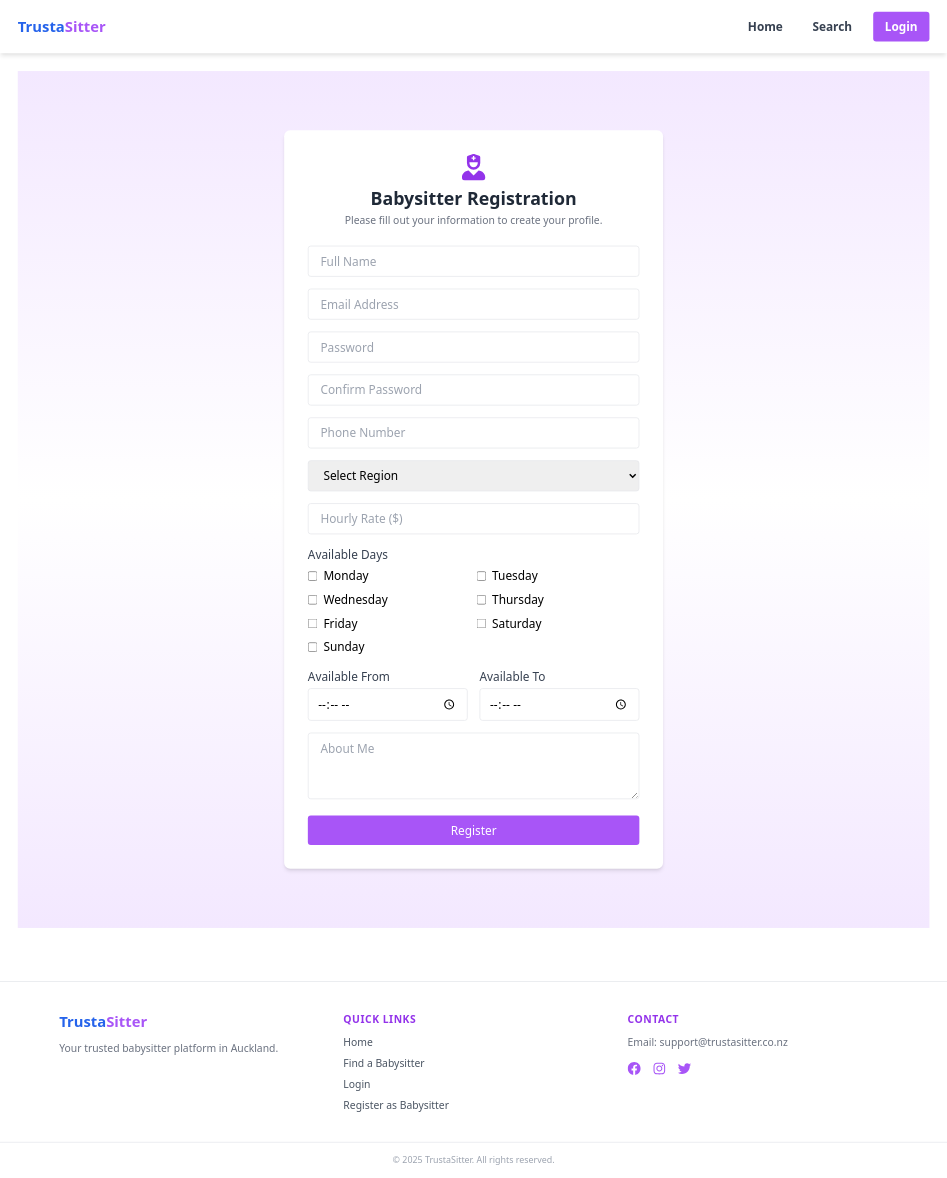
Repository: LargeWC-Code/TrustaSitter
Page: /register-babysitter (app in trustasitter-frontend/)
These files come from the project's save history. The page is drawn as it stood at one moment and after the next save; the edit follows.
The browser window is 1280 px wide. The pictures show the whole page, at 74% of full size.
The project was rebuilt for these pictures with package versions that can differ from the ones it lists, and the page was loaded fresh each time. Also part of the build but not shown: trustasitter-frontend/vite.config.js, trustasitter-frontend/src/pages/Home.jsx, trustasitter-frontend/src/pages/Search.jsx, trustasitter-frontend/src/services/api.js, trustasitter-frontend/src/pages/Login.jsx, trustasitter-frontend/src/pages/Bookings.jsx, trustasitter-frontend/src/pages/ChooseRole.jsx, trustasitter-frontend/src/pages/RegisterClient.jsx and 4 more.

Above is the page before, as saved 2025-07-01 19:50:41.

After the next save:
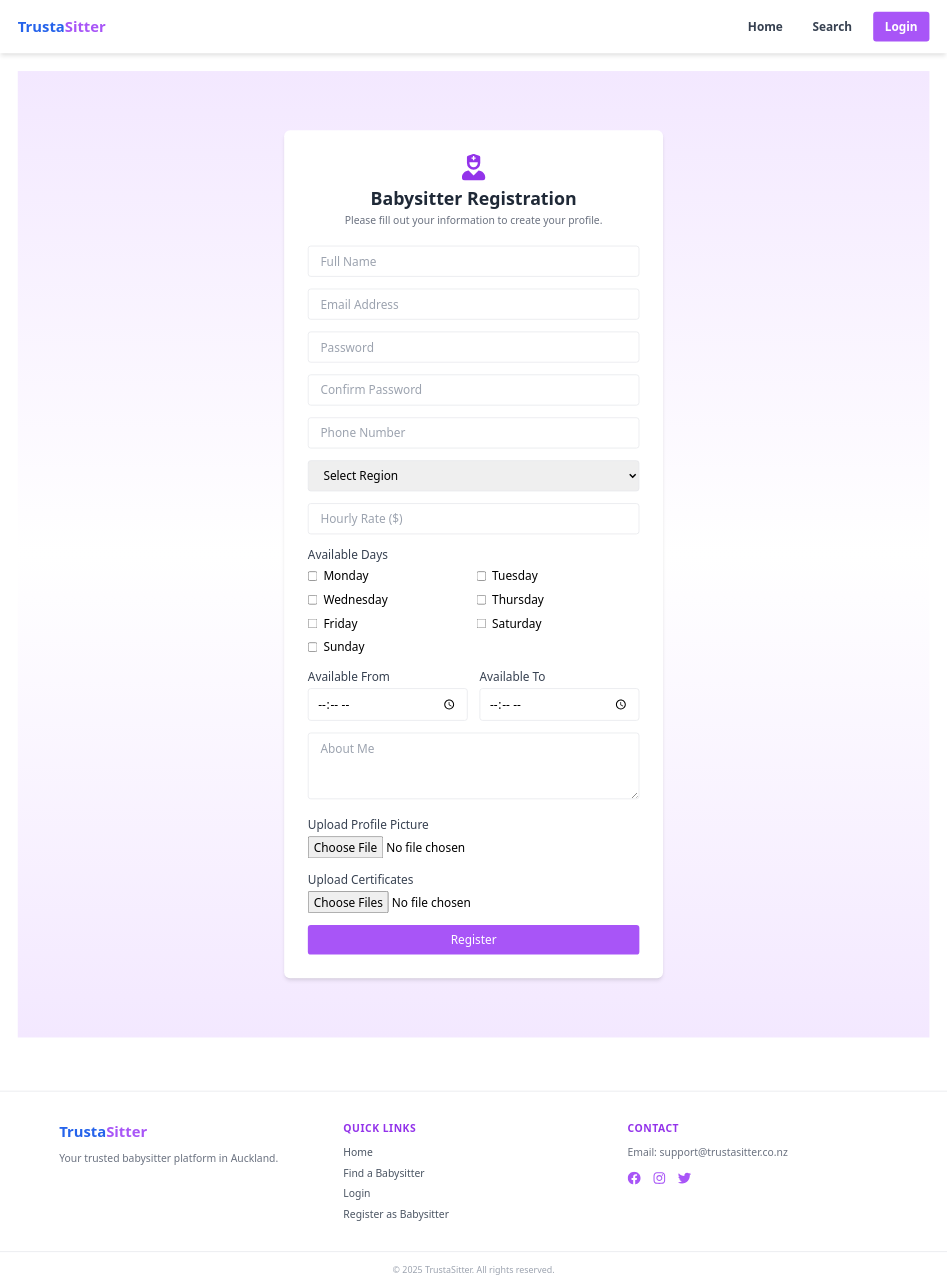
Saved 4 min 6 s later.
--- a/trustasitter-frontend/src/pages/RegisterBabysitter.jsx
+++ b/trustasitter-frontend/src/pages/RegisterBabysitter.jsx
@@ -6,9 +6,11 @@ import { AuthContext } from "../context/AuthContext";
 import { FaUserNurse } from "react-icons/fa";
 
 const RegisterBabysitter = () => {
+  // Access login context
   const { login } = useContext(AuthContext);
   const navigate = useNavigate();
 
+  // Form state
   const [formData, setFormData] = useState({
     name: "",
     email: "",
@@ -21,13 +23,17 @@ const RegisterBabysitter = () => {
     availableFrom: "",
     availableTo: "",
     about: "",
+    profilePicture: null,
+    certificates: [],
   });
 
+  // Error and success messages
   const [error, setError] = useState("");
   const [success, setSuccess] = useState("");
 
+  // Handle field changes
   const handleChange = (e) => {
-    const { name, value, type, checked } = e.target;
+    const { name, value, type, checked, files } = e.target;
 
     if (type === "checkbox") {
       setFormData((prev) => {
@@ -36,16 +42,24 @@ const RegisterBabysitter = () => {
           : prev.availableDays.filter((day) => day !== value);
         return { ...prev, availableDays: updatedDays };
       });
+    } else if (type === "file") {
+      if (name === "certificates") {
+        setFormData((prev) => ({ ...prev, certificates: files }));
+      } else {
+        setFormData((prev) => ({ ...prev, profilePicture: files[0] }));
+      }
     } else {
       setFormData((prev) => ({ ...prev, [name]: value }));
     }
   };
 
+  // Handle form submission
   const handleSubmit = async (e) => {
     e.preventDefault();
     setError("");
     setSuccess("");
 
+    // Validation
     if (
       !formData.name ||
       !formData.email ||
@@ -66,7 +80,7 @@ const RegisterBabysitter = () => {
     }
 
     try {
-      // Register babysitter
+      // Create babysitter
       await axios.post("http://localhost:3000/api/babysitters/register", {
         name: formData.name,
         email: formData.email,
@@ -78,9 +92,10 @@ const RegisterBabysitter = () => {
         available_to: formData.availableTo,
         about: formData.about,
         rate: formData.rate,
+        // For now, profilePicture and certificates are not being sent to backend
       });
 
-      // Auto-login
+      // Auto login
       const loginResponse = await axios.post(
         "http://localhost:3000/api/babysitters/login",
         {
@@ -97,7 +112,7 @@ const RegisterBabysitter = () => {
         },
       });
 
-      // Go to babysitter dashboard
+      // Redirect to babysitter home
       navigate("/home-babysitter");
     } catch (err) {
       console.error(err);
@@ -111,6 +126,7 @@ const RegisterBabysitter = () => {
   return (
     <div className="flex items-start justify-center min-h-screen bg-gradient-to-b from-purple-100 via-white to-purple-100 px-4 pt-20 pb-20">
       <div className="bg-white p-8 rounded-lg shadow-md w-full max-w-lg">
+        {/* Header */}
         <div className="flex flex-col items-center mb-6">
           <FaUserNurse className="text-purple-600 text-4xl mb-2" />
           <h2 className="text-2xl font-bold text-gray-800">Babysitter Registration</h2>
@@ -119,6 +135,7 @@ const RegisterBabysitter = () => {
           </p>
         </div>
 
+        {/* Feedback messages */}
         {error && (
           <p className="text-red-500 text-center mb-4">{error}</p>
         )}
@@ -126,7 +143,9 @@ const RegisterBabysitter = () => {
           <p className="text-green-600 text-center mb-4">{success}</p>
         )}
 
+        {/* Registration Form */}
         <form className="space-y-4" onSubmit={handleSubmit}>
+          {/* Name */}
           <input
             name="name"
             value={formData.name}
@@ -135,6 +154,7 @@ const RegisterBabysitter = () => {
             placeholder="Full Name"
             className="w-full px-4 py-2 border rounded focus:outline-none"
           />
+          {/* Email */}
           <input
             name="email"
             value={formData.email}
@@ -143,6 +163,7 @@ const RegisterBabysitter = () => {
             placeholder="Email Address"
             className="w-full px-4 py-2 border rounded focus:outline-none"
           />
+          {/* Password */}
           <input
             name="password"
             value={formData.password}
@@ -151,6 +172,7 @@ const RegisterBabysitter = () => {
             placeholder="Password"
             className="w-full px-4 py-2 border rounded focus:outline-none"
           />
+          {/* Confirm Password */}
           <input
             name="confirmPassword"
             value={formData.confirmPassword}
@@ -159,6 +181,7 @@ const RegisterBabysitter = () => {
             placeholder="Confirm Password"
             className="w-full px-4 py-2 border rounded focus:outline-none"
           />
+          {/* Phone */}
           <input
             name="phone"
             value={formData.phone}
@@ -167,6 +190,7 @@ const RegisterBabysitter = () => {
             placeholder="Phone Number"
             className="w-full px-4 py-2 border rounded focus:outline-none"
           />
+          {/* Region */}
           <select
             name="region"
             value={formData.region}
@@ -180,6 +204,7 @@ const RegisterBabysitter = () => {
             <option value="North">North</option>
             <option value="South">South</option>
           </select>
+          {/* Rate */}
           <input
             name="rate"
             value={formData.rate}
@@ -245,6 +270,34 @@ const RegisterBabysitter = () => {
             rows="3"
           />
 
+          {/* Profile Picture */}
+          <div>
+            <label className="block mb-1 text-gray-700 font-medium">
+              Upload Profile Picture
+            </label>
+            <input
+              type="file"
+              name="profilePicture"
+              onChange={handleChange}
+              className="w-full"
+            />
+          </div>
+
+          {/* Certificates */}
+          <div>
+            <label className="block mb-1 text-gray-700 font-medium">
+              Upload Certificates
+            </label>
+            <input
+              type="file"
+              name="certificates"
+              onChange={handleChange}
+              className="w-full"
+              multiple
+            />
+          </div>
+
+          {/* Submit */}
           <button
             type="submit"
             className="w-full bg-purple-500 hover:bg-purple-600 text-white py-2 rounded transition"
